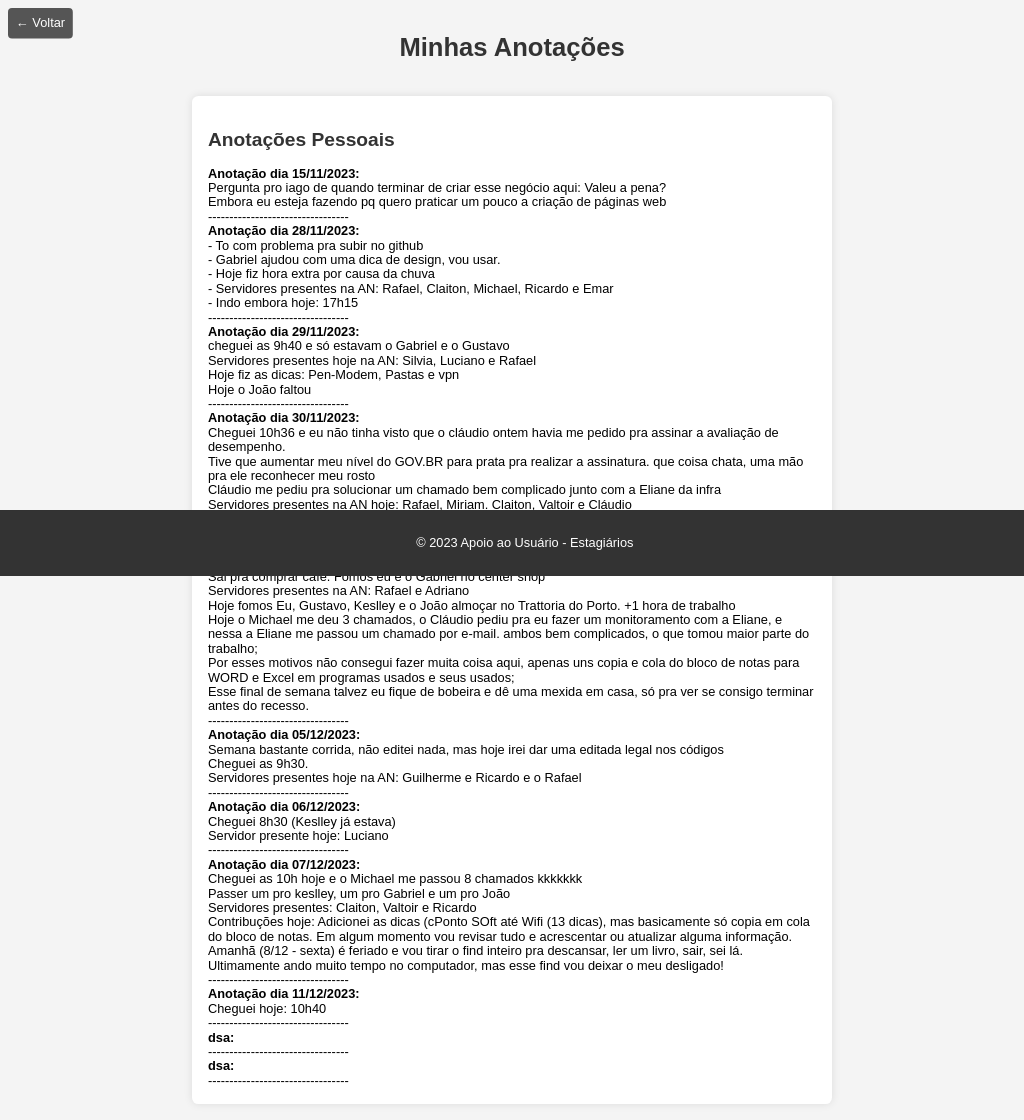
Repository: I4guito/dicasdez
Page: Dicas site/Mais/anotações pessoais de iago/antpessoal.html
The author's editor kept a copy of each file at every save. The page is drawn from the files as they stood at one save, then again after the next save.
The browser window is 1280 px wide. The pictures show the whole page, at 80% of full size.

Above is the page before, as saved 2023-12-11 12:34:21.

After the next save:
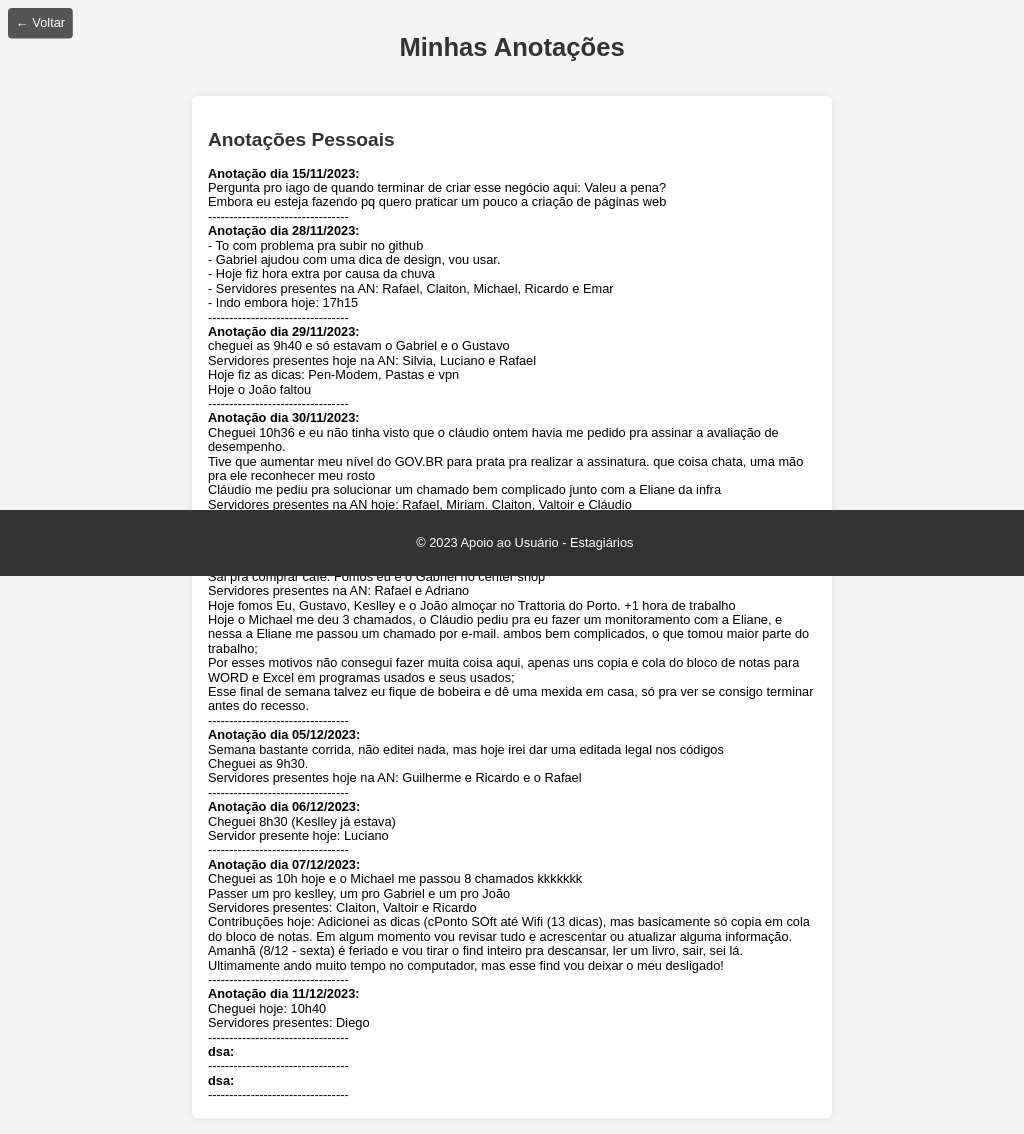
Saved 9 s later.
--- a/Dicas site/Mais/anotações pessoais de iago/antpessoal.html
+++ b/Dicas site/Mais/anotações pessoais de iago/antpessoal.html
@@ -99,6 +99,7 @@
                     <div class="anot">
                         <strong> Anotação dia 11/12/2023:</strong>
                         <br> Cheguei hoje: 10h40
+                        <br> Servidores presentes: Diego
 
                     </div>
                     ---------------------------------
